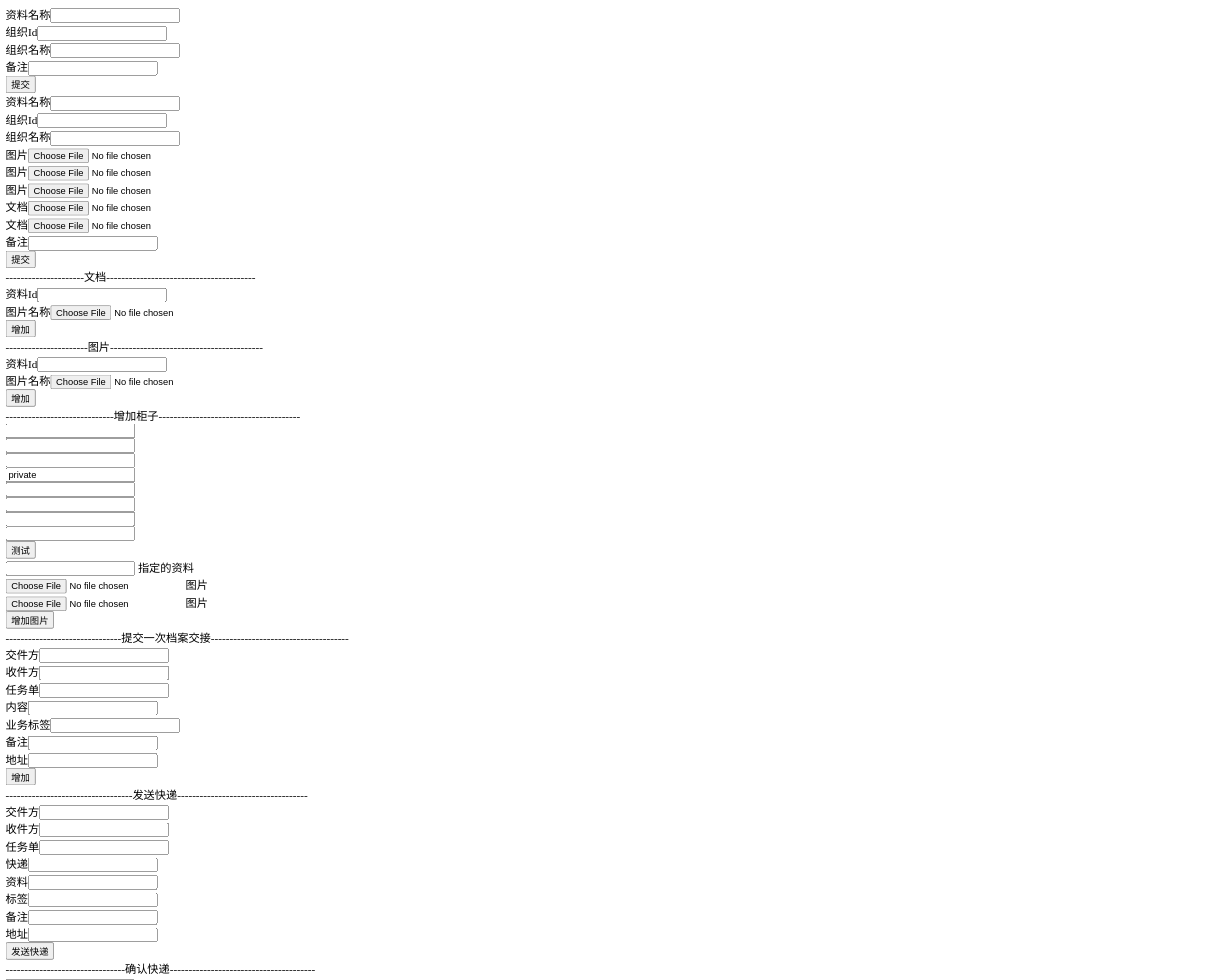
Repository: xoadogithub/xoado
Page: http://localhost/xoado-FilingCabinet/
The author's editor kept a copy of each file at every save. The page is drawn from the files as they stood at one save, then again after a run of saves.
The browser window is 1280 px wide. The page is 1736 px wide, so the pictures cover 1736 px, including what lies to the right of the window. The pictures show the part of the page from y = 0 to 1400 px (the page is 3992 px tall before and 4067 px after), at 70% of full size.
The page is served by Tomcat 9. Nobody is signed in. The application's start-up code is not run.

Above is the page before, as saved 2018-08-21 02:40:07.

After the next 2 saves:
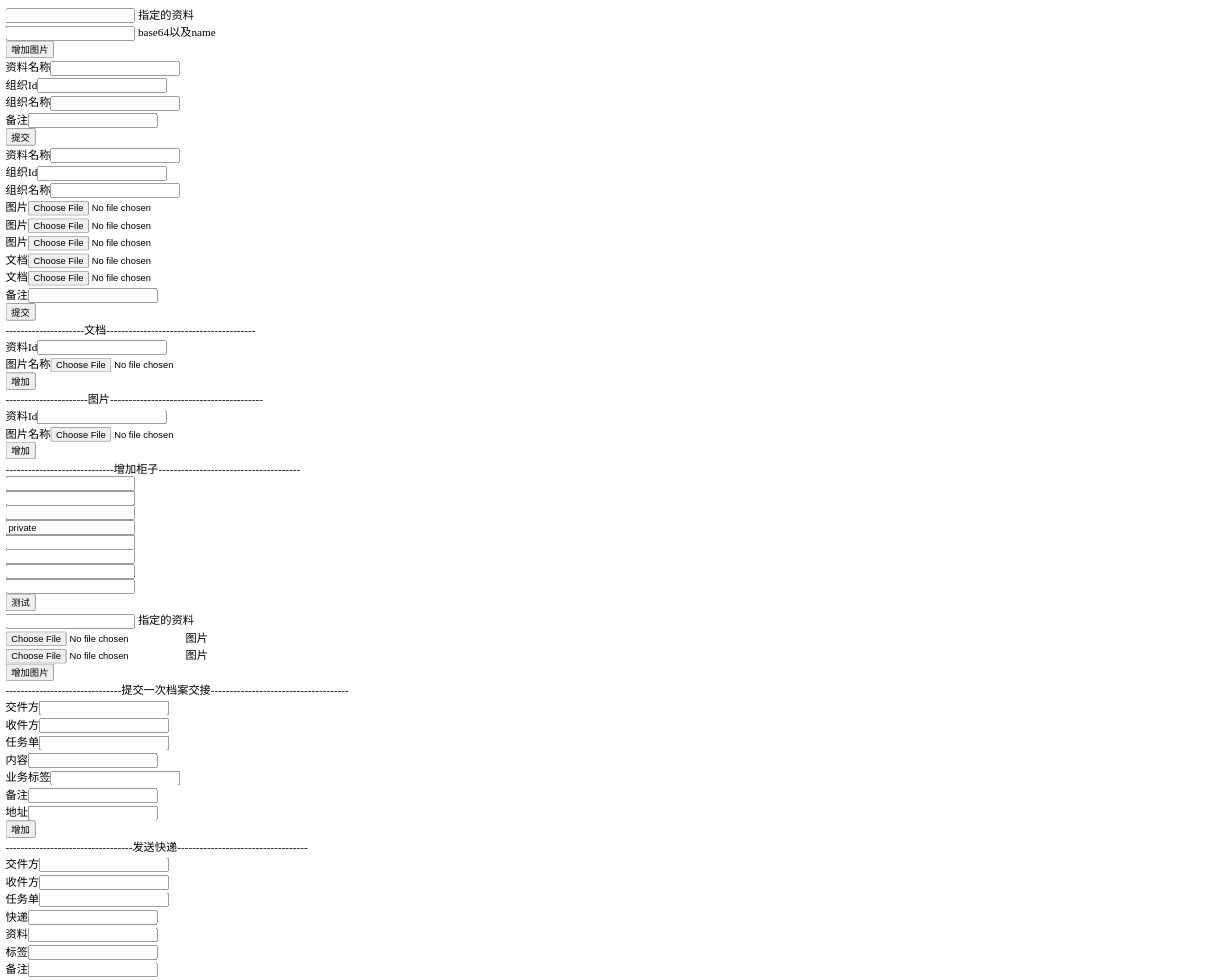
The 2 saves are shown as one change because they came seconds apart.
The last was saved 25 s later.
--- a/xoado/xoado-FilingCabinet/src/main/webapp/index.jsp
+++ b/xoado/xoado-FilingCabinet/src/main/webapp/index.jsp
@@ -7,6 +7,11 @@
 <title>Insert title here</title>
 </head>
 <body>
+	<form action="fileupload/base64" method="post" enctype="multipart/form-data">
+		<input type="text" name="archiveid"> 指定的资料<br>
+		<input type="text" name="base64text">   base64以及name<br>
+		<input type="submit" value="增加图片">
+	</form>
 	<form action="/temporary" method="post" enctype="multipart/form-data">
 
 		资料名称<input type="text" name="archive_Name"><br>
